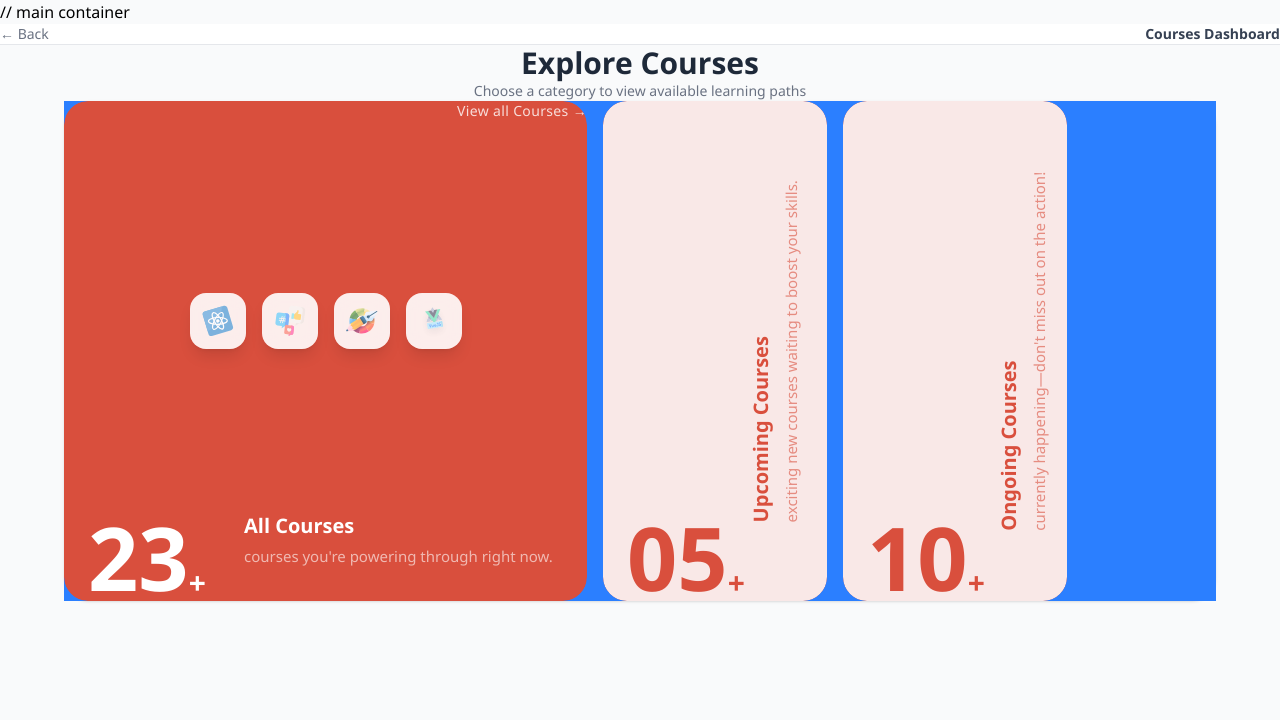
Repository: RahulRajKhadka/nextjs-dashboard-app
Page: /task2
The author's editor kept a copy of each file at every save. The page is drawn from the files as they stood at one save, then again after a run of saves.
The browser window is 1280 px wide. The pictures show the whole page.
The project was rebuilt for these pictures with package versions that can differ from the ones it lists, and the page was loaded fresh each time. The framework's server and built-in components were replaced by stand-ins that run in the browser. Also part of the build but not shown: next.config.ts.

Above is the page before, as saved 2026-04-10 14:46:41.

After the next 2 saves:
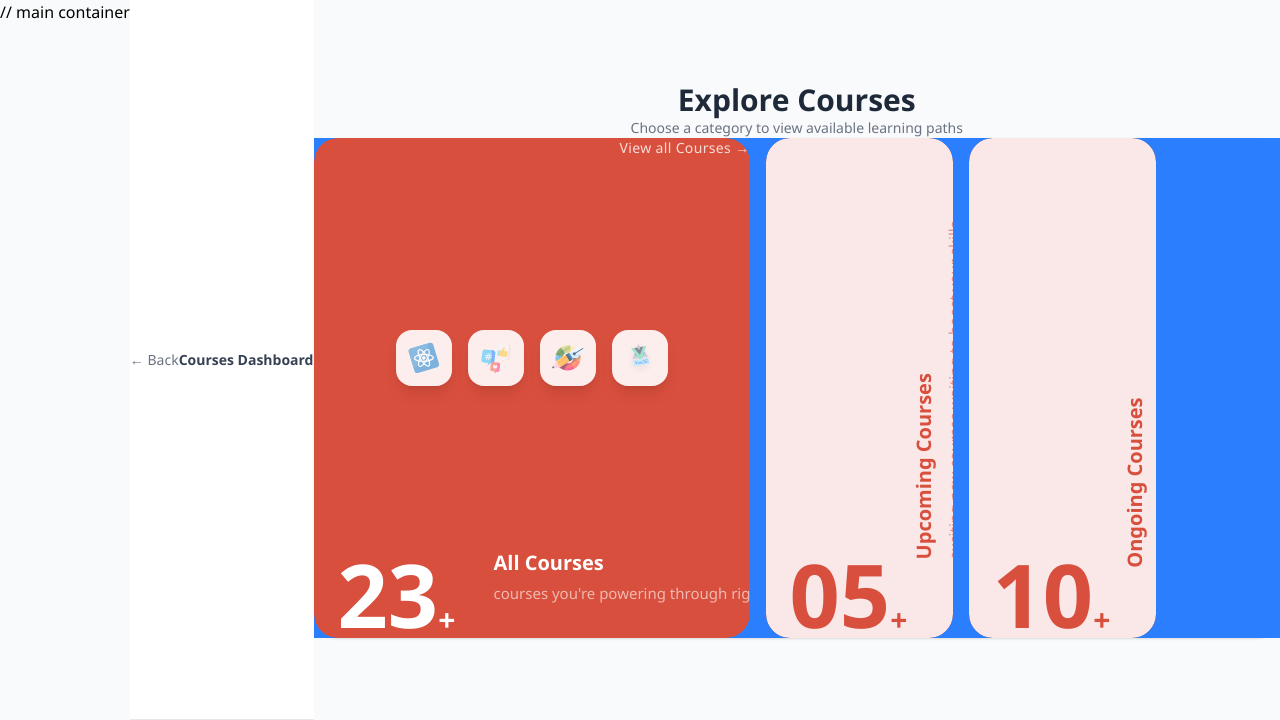
The 2 saves are shown as one change because they came seconds apart.
The last was saved 19 s later.
--- a/src/app/task2/page.tsx
+++ b/src/app/task2/page.tsx
@@ -13,7 +13,7 @@ const CourseCards = dynamic(() => import("@/components/task2/CourseCards"), {
 
 export default function Task2Page() {
   return (
-    <main className="min-h-screen bg-gray-50 "> // main container
+    <main className="min-h-screen bg-gray-50 flex  "> // main container
 
       {/* Top Bar */}
       <div className="flex items-center justify-between px-6 md:px-10 py-4 border-b border-gray-200 bg-white">
